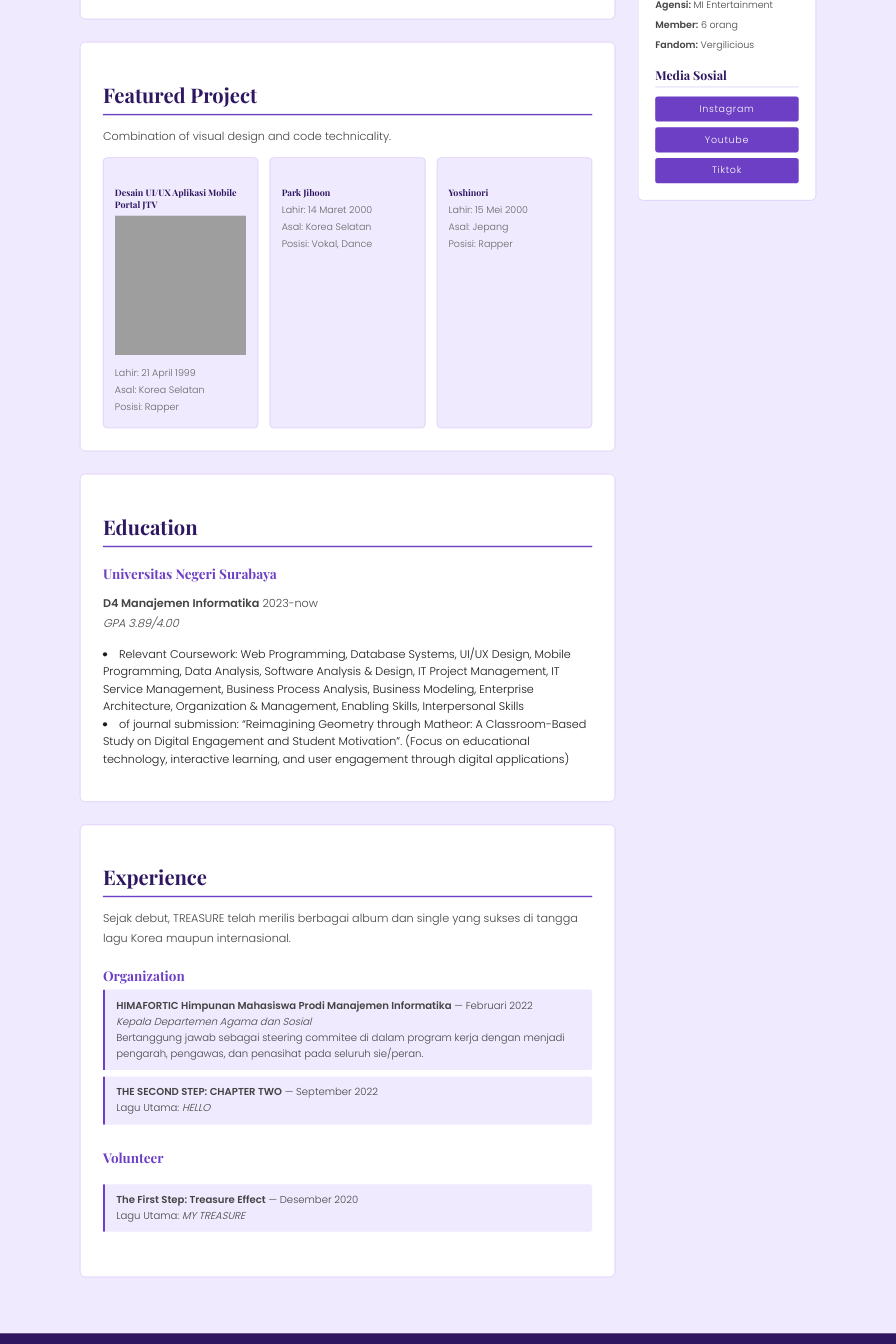
Repository: VergiMutiaRahmasyani/Website-Portofolio
Page: index.html
The author's editor kept a copy of each file at every save. The page is drawn from the files as they stood at one save, then again after the next save.
The browser window is 1280 px wide. The pictures show the part of the page from y = 774 to 2694 px (the page is 2775 px tall before and 2717 px after), at 70% of full size.
Pictures or frames that could not be fetched are drawn as grey boxes.

Above is the page before, as saved 2026-03-07 13:51:23.

### index.html
<!DOCTYPE html>
<html>
    <head>
        <meta charset="utf-8" />
        <meta name="viewport" content="width=device-width, initial-scale=1.0" />
        <title>Portofolio Vergi</title>

        <!-- My Own CSS -->
        <link rel="stylesheet" href="css/style.css" />

        <!-- Google Fonts -->
        <link rel="preconnect" href="https://fonts.googleapis.com">
        <link rel="preconnect" href="https://fonts.gstatic.com" crossorigin>
        <link href="https://fonts.googleapis.com/css2?family=Playfair+Display:wght@400;700&family=Poppins:wght@300;400;600&display=swap" rel="stylesheet">
    </head>

    <body>

        <!-- HEADER -->
        <header class="site-header">

            <!-- NAVBAR -->
            <div class="navbar">
                <nav class="nav-list">
                    <ul>
                        <li><a href="#About">About Me</a></li>
                        <li><a href="#Work">Work</a></li>
                        <li><a href="Project">Project</a></li>
                        <li><a href="#Education">Education</a></li>
                        <li><a href="Organization">Organization</a></li>
                        <li><a href="https://drive.google.com/file/d/13-ep7ykiG-k7d2KfzBZSPx55XoqW1qHe/view?usp=sharing" target="_blank"> Resume</a></li>
                    </ul>
                </nav>
            </div>

            <div class="hero">
                <div class="hero-overlay">
                    <h1>Welcome, <br> To My Portofolio!</h1>
                </div>
            </div>

        </header>

        <!-- MAIN -->
        <main>
            <div class="content-wrapper">
                <div id="content">
                    <article id="About">
                        <h2>About Me</h2>
                        <p>
                            Saya seorang mahasiswa semester 6 Program Studi Manajemen Informatika di Universitas Negeri Surabaya, yang memiliki rasa
                            ingin tahu dan semangat yang besar. Dengan memiliki peminatan pada UI/UX Design dan Web Development,
                            saya telah berpengalaman dalam menciptakan solusi digital yang user-friendly dan berdampak. Melalui
                            kombinasi hard skills dan soft skills yang saya miliki, saya siap untuk beradaptasi dan memberikan kontribusi
                            nyata pada setiap proyek yang dijalankan.
                        </p>
                    </article>

                    <article id="Project">
                        <h2>Featured Project</h2>
                        <p>
                            Combination of visual design and code technicality.
                        </p>

                        <div class="project-list">
                            <div class="project-card">
                                <h3>Desain UI/UX Aplikasi Mobile Portal JTV</h3>
                                <img src="D:\STUPEN\celerates\SUBMISSION\Web Portofolio\img\portaljtv.png" alt="Portal JTV" class="project-img" />
                                <p>Lahir: 21 April 1999</p>
                                <p>Asal: Korea Selatan</p>
                                <p>Posisi: Rapper</p>
                            </div>
                            <div class="project-card">
                                <h3>Park Jihoon</h3>
                                <p>Lahir: 14 Maret 2000</p>
                                <p>Asal: Korea Selatan</p>
                                <p>Posisi: Vokal, Dance</p>
                            </div>
                            <div class="project-card">
                                <h3>Yoshinori</h3>
                                <p>Lahir: 15 Mei 2000</p>
                                <p>Asal: Jepang</p>
                                <p>Posisi: Rapper</p>
                            </div>
                        </div>
                    </article>

                    <article >
                        <h2>Education</h2>
                        <h3>Universitas Negeri Surabaya</h3>
                        <p>
                            <strong>D4 Manajemen Informatika</strong>  2023-now
                            <br><em>GPA 3.89/4.00</em>
                            <br>
                        </p>
                        <p>
                            <li> Relevant Coursework: Web Programming, Database Systems, UI/UX Design, Mobile Programming, Data
                                Analysis, Software Analysis & Design, IT Project Management, IT Service Management, Business Process
                                Analysis, Business Modeling, Enterprise Architecture, Organization & Management, Enabling Skills,
                                Interpersonal Skills</li>
                            <li> of journal submission: “Reimagining Geometry through Matheor: A Classroom-Based Study on Digital
                                Engagement and Student Motivation”. (Focus on educational technology, interactive learning, and user
                                engagement through digital applications)</li>
                        </p>
                    </article>

                    <article id="pengalaman">
                        <h2>Experience</h2>
                        <p>
                            Sejak debut, TREASURE telah merilis berbagai album dan single yang sukses di tangga lagu Korea maupun internasional.
                        </p>

                        <h3> Organization </h3>
                        <ul class="pengalaman-list">
                            <li>
                                <strong>HIMAFORTIC Himpunan Mahasiswa Prodi Manajemen Informatika</strong> — Februari 2022
                                <br><em>Kepala Departemen Agama dan Sosial</em>
                                <br>Bertanggung jawab sebagai steering commitee di dalam program kerja dengan menjadi pengarah,
                                pengawas, dan penasihat  pada seluruh sie/peran.
                            </li>
                            <li>
                                <strong>THE SECOND STEP: CHAPTER TWO</strong> — September 2022
                                <br>Lagu Utama: <em>HELLO</em>
                            </li>


                        <h3>Volunteer</h3>
                        <ul class="pengalaman-list">
                            <li>
                                <strong>The First Step: Treasure Effect</strong> — Desember 2020
                                <br>Lagu Utama: <em>MY TREASURE</em>
                            </li>
                    </article>

                </div>

                <!-- ASIDE -->
                <aside>
                    <div class="aside-inner">
                        <h3>Info Singkat</h3>
                        <img src="img/vergi photo.jpeg" alt="Foto Vergi" class="aside-img" />
                        <ul class="aside-info">
                            <li><strong>Debut:</strong> 7 Maret 2026</li>
                            <li><strong>Agensi:</strong> MI Entertainment</li>
                            <li><strong>Member:</strong> 6 orang</li>
                            <li><strong>Fandom:</strong> Vergilicious</li>
                        </ul>

                        <h3>Media Sosial</h3>
                        <ul class="aside-social">
                            <li><a href="https://www.instagram.com/yg_treasure_official/" target="_blank">Instagram</a></li>
                            <li><a href="https://www.youtube.com/@TREASURE" target="_blank">Youtube</a></li>
                            <li><a href="https://tiktok.com/@yg_treasure_tiktok" target="_blank">Tiktok</a></li>
                        </ul>
                    </div>
                </aside>
            </div>

        </main>

        <!-- FOOTER -->
        <footer>
            <p>Website Profil TREASURE &copy;2026 </p>
        </footer>

    </body>
</html>

### css/style.css
*,
*::before,
*::after {
    box-sizing: border-box;
}

/* =====================
   PALET WARNA UNGU
   --ungu-gelap   : #2e1760  (navbar, footer)
   --ungu-utama   : #6c3fc5  (aksen utama)
   --ungu-sedang  : #9b6ee0  (hover, border)
   --ungu-muda    : #d8c8f5  (border ringan)
   --ungu-pucat   : #f0eaff  (background halaman)
   ===================== */

body {
    font-family: 'Poppins', sans-serif;
    font-weight: 300;
    background-color: #f0eaff;
    color: #1a1a1a;
    margin: 0;
}


/* =====================
   HEADER
   ===================== */

header.site-header {
    background-color: #2e1760;
    color: white;
}

/* NAVBAR */
header.site-header .navbar {
    padding: 1rem 2rem;
    position: fixed;
    top: 0;
    left: 0;
    right: 0;
    width: 100%;
    z-index: 999;
    background-color: #2e1760;
}

header.site-header .nav-list ul {
    list-style: none;
    padding: 0;
    margin: 0;

    display: flex;
    justify-content: center;
    gap: 2rem;
}

header.site-header .nav-list li a {
    text-decoration: none;
    color: #d8c8f5;
    font-size: 0.9rem;
    font-weight: 400;
    letter-spacing: 1px;
    transition: color 0.2s ease;
}

header.site-header .nav-list li a:hover {
    color: white;
}

/* HERO */
header.site-header .hero {
    position: relative;
    width: 100%;
    height: 370px;
    overflow: hidden;
    margin-top: 57px;
}

header.site-header .hero .hero-overlay {
    position: absolute;
    inset: 0;
    display: flex;
    align-items: center;
    justify-content: center;
}

header.site-header .hero .hero-overlay h1 {
    font-family: 'Playfair Display', serif;
    font-size: 5rem;
    letter-spacing: 10px;
    color: white;
    margin: 0;
    text-align: center;
}


/* =====================
   MAIN & LAYOUT
   ===================== */

main {
    max-width: 1100px;
    margin-inline: auto;
    padding: 2rem 1.5rem;
}

.content-wrapper {
    display: flex;
    gap: 2rem;
    align-items: flex-start;
}

#content {
    flex: 3;

    display: flex;
    flex-direction: column;
    gap: 2rem;
}


/* =====================
   ARTICLE
   ===================== */

article {
    background-color: white;
    border: 1px solid #d8c8f5;
    border-radius: 8px;
    padding: 2rem;
}

article h2 {
    font-family: 'Playfair Display', serif;
    font-size: 1.8rem;
    margin-bottom: 1rem;
    padding-bottom: 0.5rem;
    border-bottom: 2px solid #6c3fc5;
    color: #2e1760;
}

article h3 {
    font-family: 'Playfair Display', serif;
    font-size: 1.2rem;
    margin-top: 1.5rem;
    margin-bottom: 0.5rem;
    color: #6c3fc5;
}

article p {
    line-height: 1.8;
    margin-bottom: 1rem;
    color: #444;
}


/* =====================
   TABEL INFO
   ===================== */

.info-table {
    width: 100%;
    border-collapse: collapse;
    margin-top: 1.5rem;
}

.info-table th,
.info-table td {
    padding: 0.6rem 1rem;
    text-align: left;
    border-bottom: 1px solid #d8c8f5;
    font-size: 0.95rem;
}

.info-table th {
    width: 35%;
    font-weight: 600;
    color: #2e1760;
    background-color: #f0eaff;
}

.info-table td {
    color: #444;
}


/* =====================
   PROJECT CARDS
   ===================== */

.project-list {
    display: flex;
    flex-wrap: wrap;
    gap: 1rem;
    margin-top: 0.5rem;
}

.project-card {
    flex: 1 1 160px;
    background-color: #f0eaff;
    border: 1px solid #d8c8f5;
    border-radius: 6px;
    padding: 1rem;
}

.project-img {
    width: 100%;
    max-width: 250px;
    height: 200px;
    object-fit:cover;
    object-position: top;
    display: block;
    margin: 0.5rem auto 1rem auto;
    border-radius: 0px;
}

.project-card h3 {
    font-size: 0.8rem;
    margin-top: 0.5;
    margin-bottom: 0.5rem;
    color: #2e1760;
}

.project-card p {
    font-size: 0.85rem;
    color: #666;
    margin: 0.2rem 0;
    line-height: 1.5;
}


/* =====================
   ALBUM LIST
   ===================== */

.pengalaman-list {
    list-style: none;
    padding: 0;
    margin: 0.5rem 0 1rem 0;

    display: flex;
    flex-direction: column;
    gap: 0.6rem;
}

.pengalaman-list li {
    padding: 0.7rem 1rem;
    background-color: #f0eaff;
    border-left: 3px solid #6c3fc5;
    border-radius: 0 4px 4px 0;
    font-size: 0.9rem;
    color: #444;
    line-height: 1.6;
}


/* =====================
   ASIDE
   ===================== */

aside {
    flex: 1;
    position: sticky;
    top: 80px;
}

aside .aside-inner {
    background-color: white;
    border: 1px solid #d8c8f5;
    border-radius: 8px;
    padding: 1.5rem;
}

aside h3 {
    font-family: 'Playfair Display', serif;
    font-size: 1.1rem;
    margin-top: 1.2rem;
    margin-bottom: 0.8rem;
    padding-bottom: 0.4rem;
    border-bottom: 1px solid #d8c8f5;
    color: #2e1760;
}

aside h3:first-child {
    margin-top: 0;
}

.aside-img {
    width: 100%;
    max-width: 250px;
    height: 200px;
    object-fit: cover;
    object-position: center;
    display: block;
    margin: 0.5rem auto 1rem auto;
    border-radius: 100px;
}

.aside-info {
    list-style: none;
    padding: 0;
    margin: 0;

    display: flex;
    flex-direction: column;
    gap: 0.4rem;
}

.aside-info li {
    font-size: 0.85rem;
    color: #444;
    line-height: 1.6;
}

.aside-social {
    list-style: none;
    padding: 0;
    margin: 0;

    display: flex;
    flex-direction: column;
    gap: 0.5rem;
}

.aside-social li a {
    display: block;
    text-align: center;
    padding: 0.5rem;
    background-color: #6c3fc5;
    color: white;
    text-decoration: none;
    border-radius: 4px;
    font-size: 0.85rem;
    letter-spacing: 1px;
    transition: background-color 0.2s ease;
}

.aside-social li a:hover {
    background-color: #9b6ee0;
}


/* =====================
   FOOTER
   ===================== */

footer {
    background-color: #2e1760;
    color: #d8c8f5;
    text-align: center;
    padding: 1.5rem;
    margin-top: 3rem;
    font-size: 0.85rem;
    letter-spacing: 1px;
}


/* =====================
   RESPONSIVE
   ===================== */

@media screen and (max-width: 768px) {
    header.site-header .nav-list ul {
        flex-wrap: wrap;
        justify-content: center;
        gap: 0.8rem;
    }

    .content-wrapper {
        flex-direction: column;
    }

    aside {
        position: static;
        width: 100%;
    }

    .project-card {
        flex: 1 1 130px;
    }
}

After the next save:
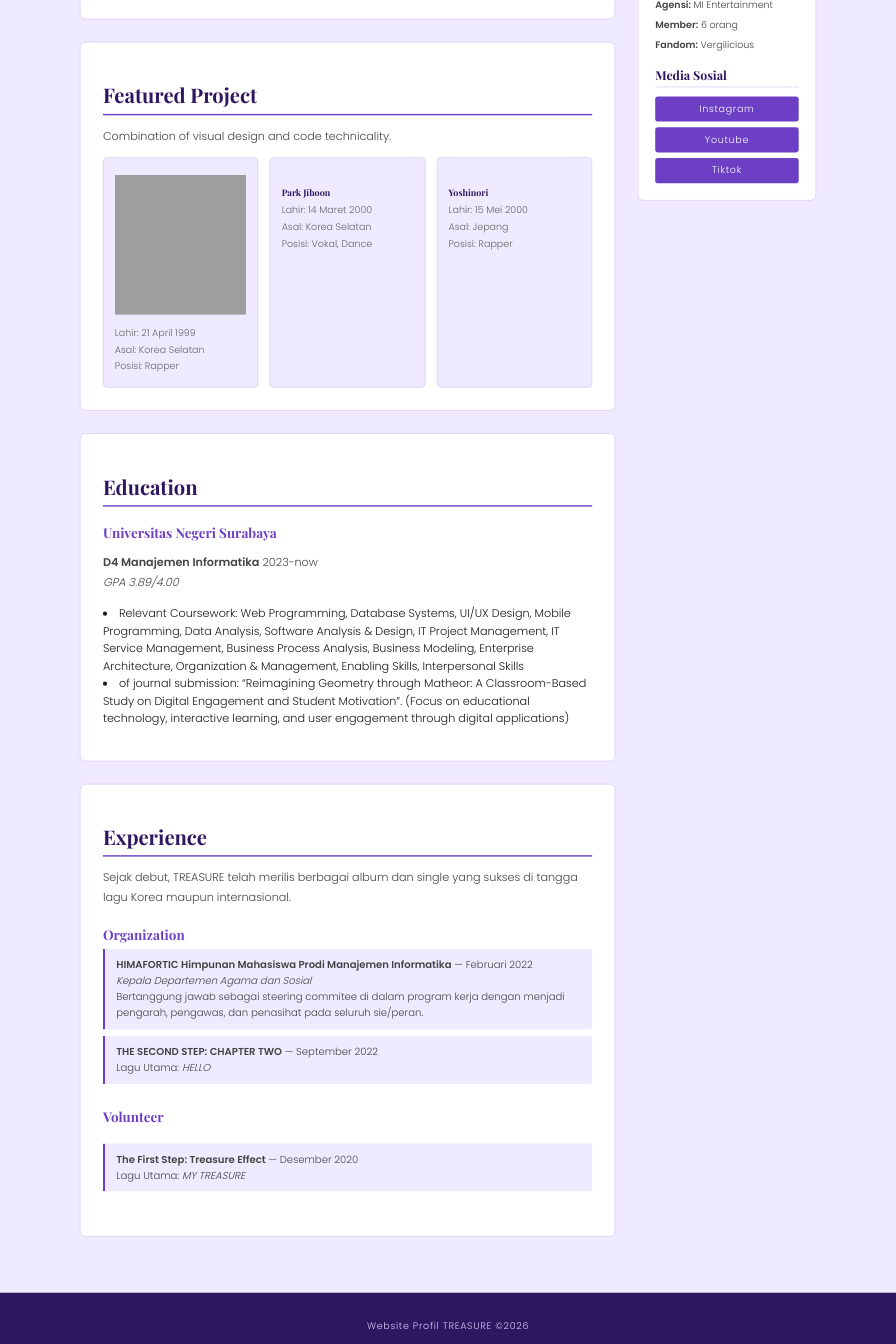
Saved 47 s later.
--- a/index.html
+++ b/index.html
@@ -64,7 +64,7 @@
 
                         <div class="project-list">
                             <div class="project-card">
-                                <h3>Desain UI/UX Aplikasi Mobile Portal JTV</h3>
+
                                 <img src="D:\STUPEN\celerates\SUBMISSION\Web Portofolio\img\portaljtv.png" alt="Portal JTV" class="project-img" />
                                 <p>Lahir: 21 April 1999</p>
                                 <p>Asal: Korea Selatan</p>
